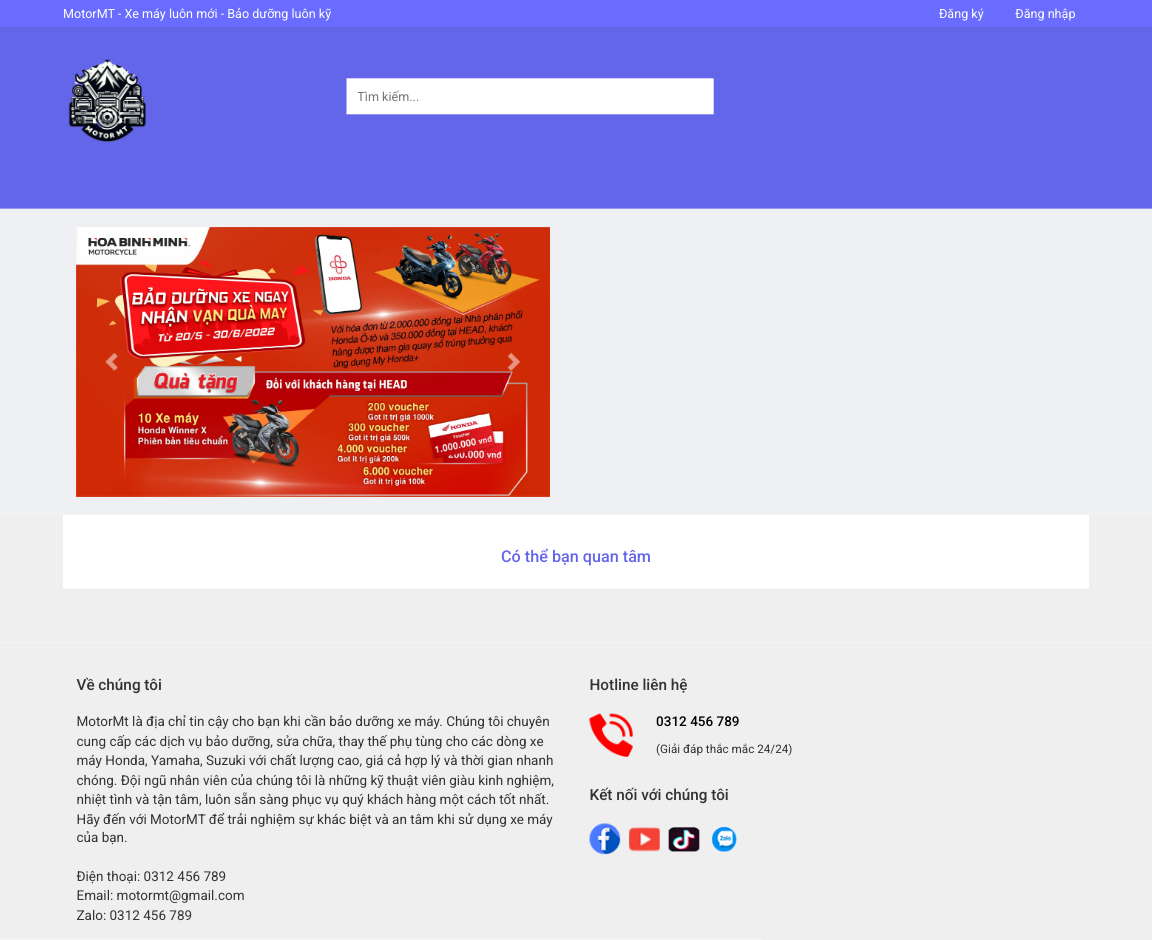
Repository: ThieuDV091002/MotorMaintain
Page: http://localhost/index
These files come from the project's save history. The page is drawn as it stood at one moment and after the next save; the edit follows.
The browser window is 1280 px wide. The pictures show the whole page, at 90% of full size.
Some web fonts or font styles are not loaded; a fallback is used. The page is this project's Thymeleaf template; nobody is signed in. The template is opened directly, without the code that normally fills it, so the values that code supplies are empty.

Above is the page before, as saved 2024-01-29 11:27:43.
Console error: TypeError: Cannot read properties of null (reading 'style')

### MotorMaintainnanceProject/MotorMaintainanceWebParent/MotorMaintainanceFrontEnd/src/main/resources/templates/index.html
<!DOCTYPE html>
<html xmlns:th="www.thymeleaf.org"
	  xmlns:sec="https://www.thymeleaf.org/thymeleaf-extras-springsecurity5">
<head>
	<meta charset="UTF-8">
	<meta name="viewport" content="width=device-width, initial-scale=1.0">
	<title>Trang chủ - EduBook</title>
	<script th:src="@{js/jquery-3.3.1.js}"></script>
	<script th:src="@{js/bootstrap.min.js}"></script>
	<script
			th:src="@{https://ajax.googleapis.com/ajax/libs/jquery/3.5.1/jquery.min.js}"></script>
	<link th:href="@{/rating-star/css/star-rating.css}" media="all"
		  rel="stylesheet" type="text/css" />
	<script th:src="@{/rating-star/js/star-rating.js}"
			type="text/javascript"></script>
	<link th:href="@{/rating-star/themes/krajee-svg/theme.css}" media="all"
		  rel="stylesheet" type="text/css" />
	<script th:src="@{/rating-star/themes/krajee-svg/theme.js}"></script>
	<link rel="stylesheet" th:href="@{css/bootstrap.min.css}">
	<link rel="stylesheet"
		  th:href="@{https://maxcdn.bootstrapcdn.com/bootstrap/3.4.1/css/bootstrap.min.css}">

	<link
			th:href="@{https://fonts.googleapis.com/css2?family=Roboto:ital,wght@0,300;0,400;0,500;0,700;1,300;1,400;1,500&display=swap}"
			rel="stylesheet">
	<link rel="stylesheet" th:href="@{css/all.min.css}">
	<link rel="stylesheet" th:href="@{/fontawesome/all.min.css}">
	<link
			th:href="@{https://fonts.googleapis.com/css2?family=Paytone+One&display=swap}"
			rel="stylesheet">
	<link rel="stylesheet" th:href="@{css/style.css}">
	<link rel="stylesheet" th:href="@{css/home.css}">
</head>
<body>
<div class="app">
	<header id="header">
		<div class="header__top">
			<div class="container">
				<section class="row flex">
					<div class="col-lg-5 col-md-0 col-sm-0 heade__top-left">
						<span>MotorMT - Xe máy luôn mới - Bảo dưỡng luôn kỹ</span>
					</div>

					<nav class="col-lg-7 col-md-0 col-sm-0 header__top-right">
						<ul class="header__top-list" sec:authorize="!isAuthenticated()">
							<li class="header__top-item"><a th:href="@{/register}"
															class="header__top-link">Đăng ký</a></li>
							<li class="header__top-item"><a th:href="@{/login}"
															class="header__top-link">Đăng nhập</a></li>
						</ul>
						<ul class="header__top-list" sec:authorize="isAuthenticated()">
							<li class="header__top-item"><a th:href="@{/customer-update}"
															class="header__top-link" sec:authentication="principal.hoten"></a></li>
						</ul>
					</nav>
				</section>
			</div>
		</div>


		<div class="header__bottom">
			<div class="container">
				<section class="row">
					<div class="col-lg-3 col-md-4 col-sm-12 header__logo">
						<h1 class="header__heading">
							<a href="#" class="header__logo-link"> <img style="height: 100px;"
									th:src="@{image/logo.png}" alt="Logo" class="header__logo-img">
							</a>
						</h1>
					</div>

					<div class="col-lg-6 col-md-7 col-sm-0 header__search text-center"
						 style="display: flex; justify-content: center; align-items: center;">
						<form class="col-lg-12 col-md-7 col-sm-0 header__search"
							  th:action="@{/search}" method="get" id="myForm">
							<input type="search" name="keyword" class="header__search-input"
								   th:value="${keyword}" placeholder="Tìm kiếm...">
						</form>
					</div>
				</section>
			</div>
		</div>

		<div class="header__nav">
			<div class="container">
				<section class="row">
					<th:block sec:authorize="isAuthenticated()">
						<div class="header__nav col-lg-9 col-md-0 col-sm-0">
							<ul class="header__nav-list">
	                            <li class="header__nav-item"><a th:href="@{/customer-update}"
	                                                            class="header__nav-link">Thông tin tài khoản</a></li>
	                            <li class="header__nav-item"><a th:href="@{/order}"
	                                                            class="header__nav-link"></a>Lịch đặt</li>
	                            <li class="header__nav-item"><a th:href="@{/address_book}"
	                                                            class="header__nav-link">Đặt lịch bảo dưỡng</a></li>
	                            <li class="header__nav-item"><a id="logoutLink" href=""
	                                                            class="header__nav-link">Đăng xuất</a></li>
	                        </ul>
						</div>
					</th:block>
				</section>
			</div>
		</div>
	</header>

	<section class="menu-slide text-center">
		<div class="container">
			<th:block sec:authorize="isAuthenticated()">
				<form th:action="@{/logout}" method="post" th:hidden="true"
					  name="LogoutForm">
					<input type="submit">
				</form>
			</th:block>
			<div class="row">
				<div class="slider col-lg-12 col-md-12 col-sm-0">
					<div class="row">
						<div class="slide__left col-lg-12 col-md-0 col-sm-0">
							<div id="carouselExampleIndicators" class="carousel slide"
								 data-ride="carousel" data-interval="3000">
								<div class="carousel-inner">
									<div class="carousel-item active">
										<img th:src="@{image/58db1c6ec60f06515f1e-scaled.jpg}"
											style="height: 300px"
											 class="d-block w-100" alt="...">
									</div>
								</div>
								<a class="carousel-control-prev"
								   href="#carouselExampleIndicators" role="button"
								   data-slide="prev"> <span
										class="carousel-control-prev-icon" aria-hidden="true"></span>
									<span class="sr-only">Previous</span>
								</a> <a class="carousel-control-next"
										href="#carouselExampleIndicators" role="button"
										data-slide="next"> <span
									class="carousel-control-next-icon" aria-hidden="true"></span>
								<span class="sr-only">Next</span>
							</a>
							</div>
						</div>
					</div>
				</div>
			</div>
		</div>
	</section>

	<section class="product__love">
		<div class="container">
			<div class="row bg-white">
				<div class="col-lg-12 col-md-12 col-sm-12 product__love-title">
					<h2 class="product__love-heading" style="text-align: center;">
						Có thể bạn quan tâm</h2>
				</div>
			</div>
			<div class="row bg-white">
				<div class="product__panel-item col-lg-2 col-md-3 col-sm-6"
					 th:each="book : ${listBooks}" th:object="${book}">
					<div class="product__panel-img-wrap">
						<img th:if="${book.hinhanh == null}"
							 th:src="@{/image/id467907-125.png}"
							 style="width: 90%; height: 90%" class="product__panel-img">
						<img th:if="${book.hinhanh != null}"
							 th:src="@{${book.bookPhotoPath}}" class="product__panel-img">
					</div>
					<h3 class="product__panel-heading">
						<a th:href="@{'/book-detail-' + ${book.IDsach}}"
						   class="product__panel-link">[[${book.tensach}]]</a>
					</h3>

					<div class="product__panel-rate-wrap">
						<input type="text" class="book-detail-rating-star" dir="ltr"
							   data-size="sm" th:value="${book.averageRating}">
					</div>

					<div class="product__panel-price">
							<span class="product__panel-price-current">
								[[${book.dongia}]] đ </span>
					</div>
				</div>
			</div>
		</div>
	</section>

	<footer>
		<section class="footer__top">
			<div class="container">
				<div class="row">
					<article class="footer__top-intro col-lg-6 col-md-4 col-sm-6">
						<h4 class="footer__top-intro-heading">Về chúng tôi</h4>
						<div class="footer__top-intro-content">
							MotorMt là địa chỉ tin cậy cho bạn khi cần bảo dưỡng xe máy. Chúng tôi
							chuyên cung cấp các dịch vụ bảo dưỡng, sửa chữa, thay thế phụ tùng cho các
							dòng xe máy Honda, Yamaha, Suzuki với chất lượng cao, giá cả hợp lý và thời
							gian nhanh chóng. Đội ngũ nhân viên của chúng tôi là những kỹ thuật viên giàu
							kinh nghiệm, nhiệt tình và tận tâm, luôn sẵn sàng phục vụ quý khách hàng một
							cách tốt nhất. Hãy đến với MotorMT để trải nghiệm sự khác biệt và an tâm khi sử dụng xe máy của bạn.
 							<br> <br> Điện	thoại: 0312 456 789 <br> Email: motormt@gmail.com <br>
							Zalo: 0312 456 789 <br>
						</div>
					</article>

					<article
							class="footer__top-contact-wrap col-lg-6 col-md-4 col-sm-6">
						<h4 class="footer__top-contact-heading">Hotline liên hệ</h4>

						<div class="footer__top-contact">
							<div class="footer__top-contact-icon">
								<img th:src="@{image/phone_top.png}"
									 class="footer__top-contact-img">
							</div>

							<div class="footer__top-contact-phone-wrap">
								<div class="footer__top-contact-phone">0312 456 789</div>
								<div class="footer__top-contact-des">(Giải đáp thắc mắc
									24/24)</div>
							</div>
						</div>

						<h4 class="footer__top-contact-heading">Kết nối với chúng
							tôi</h4>

						<div class="footer__top-contact-social">
							<a href="#" class="footer__top-contact-social-link"> <img
									th:src="@{image/facebook.png}">
							</a> <a href="#" class="footer__top-contact-social-link"> <img
								th:src="@{image/youtube.png}">
						</a> <a href="#" class="footer__top-contact-social-link"> <img
								th:src="@{image/tiktok.png}">
						</a> <a href="#" class="footer__top-contact-social-link"> <img
								th:src="@{image/zalo.png}">
						</a>
						</div>
					</article>
				</div>
			</div>
		</section>
	</footer>
</div>
<script th:src="@{js/jq.js}"></script>
<script th:src="@{js/index.js}"></script>
<script type="text/javascript">
	$(document).ready(function() {
		$("#logoutLink").on("click", function(e) {
			e.preventDefault();
			$("form[name='LogoutForm']").submit();
		});

		$('#myForm input[type="search"]').keypress(function (event) {
			if (event.which === 13) {
				event.preventDefault();
				$('#myForm').submit();
			}
		});
	});
</script>
<script type="text/javascript">
	$(".book-detail-rating-star").rating({
		displayOnly: true,
		hoverOnClera: false,
		showCaption: false,
		theme: 'krajee-svg'
	})
</script>
</body>
</html>

### MotorMaintainnanceProject/MotorMaintainanceWebParent/MotorMaintainanceFrontEnd/src/main/resources/static/rating-star/css/star-rating.css
/*!
 * bootstrap-star-rating v4.1.3
 * http://plugins.krajee.com/star-rating
 *
 * Author: Kartik Visweswaran
 * Copyright: 2013 - 2021, Kartik Visweswaran, Krajee.com
 *
 * Licensed under the BSD 3-Clause
 * https://github.com/kartik-v/bootstrap-star-rating/blob/master/LICENSE.md
 */
.rating-loading {
    width: 25px;
    height: 25px;
    font-size: 0;
    color: #fff;
    background: transparent url('../img/loading.gif') top left no-repeat;
    border: none;
}

/*
 * Stars & Input
 */
.rating-container .rating-stars {
    position: relative;
    cursor: pointer;
    vertical-align: middle;
    display: inline-block;
    overflow: hidden;
    white-space: nowrap;
}

.rating-container .rating-stars:focus {
    outline: 1px dotted;
}

.rating-input {
    position: absolute;
    cursor: pointer;
    width: 100%;
    height: 1px;
    bottom: 0;
    left: 0;
    font-size: 1px;
    opacity: 0;
    padding: 0;
    margin: 0;
    outline: none;
    pointer-events: none;
    border: none;
    box-shadow: none;
    background: none;
}

.rating-container.is-display-only .rating-stars {
    cursor: default;
}

.rating-disabled .rating-stars {
    cursor: not-allowed;
}

.rating-container .star {
    display: inline-block;
    margin: 0 2px;
    text-align: center;
}

.rating-container .empty-stars {
    color: #aaa;
}

.rating-container .filled-stars {
    position: absolute;
    left: 0;
    top: 0;
    margin: auto;
    color: #fde16d;
    white-space: nowrap;
    overflow: hidden;
    -webkit-text-stroke: 1px #777;
    text-shadow: 1px 1px #999;
}

.rating-rtl {
    float: right;
}

.rating-animate .filled-stars {
    transition: width 0.25s ease;
}

.rating-rtl .filled-stars {
    left: auto;
    right: 0;
    transition: none;
    -webkit-transform: matrix(-1, 0, 0, 1, 0, 0);
    transform: matrix(-1, 0, 0, 1, 0, 0);
}

.rating-rtl.is-star .filled-stars {
    right: 0.06em;
}

.rating-rtl.is-heart .empty-stars {
    margin-right: 0.07em;
}

/**
 * Clear
 */
.rating-container .clear-rating {
    color: #aaa;
    cursor: not-allowed;
    display: inline-block;
    vertical-align: middle;
    font-size: 60%;
}

.clear-rating-active {
    cursor: pointer !important;
}

.clear-rating-active:hover {
    color: #843534;
}

.rating-container .clear-rating {
    padding-right: 5px;
}

/**
 * Caption
 */

/* extend support to BS4 */
.rating-container .caption .label {
    display: inline-block;
    padding: .25em .4em;
    line-height: 1;
    text-align: center;
    vertical-align: baseline;
    border-radius: .25rem;
}

.rating-container .caption {
    color: #999;
    display: inline-block;
    vertical-align: middle;
    line-height: 1;
}

.rating-container .caption {
    margin-left: 5px;
    margin-right: 0;
}

.rating-rtl .caption {
    margin-right: 5px;
    margin-left: 0;
}

/**
 * Print
 */
@media print {
    .rating-container .clear-rating {
        display: none;
    }
}

/**
 * Sizes
 */
.rating-xl {
    font-size: 48px;
}
.rating-lg {
    font-size: 40px;
}
.rating-md {
    font-size: 32px;
}
.rating-sm {
    font-size: 24px;
}
.rating-xs {
    font-size: 16px;
}

.rating-xl .caption {
    font-size: 20px;
}

.rating-lg .caption {
    font-size: 18px;
}

.rating-md .caption {
    font-size: 16px;
}

.rating-sm .caption {
    font-size: 14px;
}

.rating-xs .caption {
    font-size: 12px;
}

/**
 * Caption
 */
.caption-badge {
    font-family: Arial, Helvetica, sans-serif;
    display: inline-block;
    padding: .35em .65em;
    font-size: .75em;
    font-weight: 700;
    line-height: 1;
    color: #fff;
    text-align: center;
    white-space: nowrap;
    vertical-align: baseline;
    border-radius: .25rem;
}

.caption-secondary {
    background-color: #6c757d;
}

.caption-danger {
    background-color: #dc3545;
}

.caption-warning {
    background-color: #ffc107;
    color: #212529;
}

.caption-info {
    background-color: #0dcaf0;
    color: #212529;
}

.caption-primary {
    background-color: #0d6efd;
}

.caption-success {
    background-color: #198754;
}

### MotorMaintainnanceProject/MotorMaintainanceWebParent/MotorMaintainanceFrontEnd/src/main/resources/static/rating-star/themes/krajee-svg/theme.css
/*!
 * Krajee SVG Theme styling for bootstrap-star-rating.
 * This file must be loaded after 'star-rating.css'.
 *
 * bootstrap-star-rating v4.1.3
 * http://plugins.krajee.com/star-rating
 *
 * Author: Kartik Visweswaran
 * Copyright: 2013 - 2021, Kartik Visweswaran, Krajee.com
 *
 * Licensed under the BSD 3-Clause
 * https://github.com/kartik-v/bootstrap-star-rating/blob/master/LICENSE.md
 */
.theme-krajee-svg .krajee-icon,
.theme-krajee-svg .krajee-icon-clear {
    display: inline-block;
    width: 2rem;
    height: 2rem;
    -webkit-background-size: cover;
    -moz-background-size: cover;
    -o-background-size: cover;
    background-size: cover;
}

.theme-krajee-svg .clear-rating,
.theme-krajee-svg .rating-stars {
    font-size: 5px;
}

.theme-krajee-svg .krajee-icon-clear {
    background-image: url('data:[embedded picture, 747 characters]');
}

.theme-krajee-svg .filled-stars .krajee-icon-star {
    background-image: url('data:[embedded picture, 447 characters]');
}

.theme-krajee-svg.rating-xl .krajee-icon,
.theme-krajee-svg.rating-xl .krajee-icon-clear {
    width: 3rem;
    height: 3rem;
}

.theme-krajee-svg.rating-lg .krajee-icon,
.theme-krajee-svg.rating-lg .krajee-icon-clear {
    width: 2.5rem;
    height: 2.5rem;
}

.theme-krajee-svg.rating-md .krajee-icon,
.theme-krajee-svg.rating-md .krajee-icon-clear {
    width: 2rem;
    height: 2rem;
}

.theme-krajee-svg.rating-sm .krajee-icon,
.theme-krajee-svg.rating-sm .krajee-icon-clear {
    width: 1.5rem;
    height: 1.5rem;
}

.theme-krajee-svg.rating-xs .krajee-icon,
.theme-krajee-svg.rating-xs .krajee-icon-clear {
    width: 1rem;
    height: 1rem;
}

.theme-krajee-svg .krajee-icon-clear:hover {
    background-image: url('data:[embedded picture, 753 characters]');
}

.theme-krajee-svg .empty-stars .krajee-icon-star {
    background-image: url('data:[embedded picture, 447 characters]');
}

.theme-krajee-svg .filled-stars .krajee-icon-heart {
    background-image: url('data:[embedded picture, 621 characters]');
}

.theme-krajee-svg .empty-stars .krajee-icon-heart {
    background-image: url('data:[embedded picture, 621 characters]');
}

.theme-krajee-svg.rating-rtl.is-heart .filled-stars {
    right: 0.02em;
}

.theme-krajee-svg.rating-rtl.is-heart .empty-stars {
    margin-right: 0.01em;
}

Loaded but not shown: MotorMaintainnanceProject/MotorMaintainanceWebParent/MotorMaintainanceFrontEnd/src/main/resources/static/js/jquery-3.3.1.js (library); MotorMaintainnanceProject/MotorMaintainanceWebParent/MotorMaintainanceFrontEnd/src/main/resources/static/js/bootstrap.min.js (library); MotorMaintainnanceProject/MotorMaintainanceWebParent/MotorMaintainanceFrontEnd/src/main/resources/static/css/bootstrap.min.css (library); MotorMaintainnanceProject/MotorMaintainanceWebParent/MotorMaintainanceFrontEnd/src/main/resources/static/css/all.min.css (library); MotorMaintainnanceProject/MotorMaintainanceWebParent/MotorMaintainanceFrontEnd/src/main/resources/static/fontawesome/all.min.css (library); MotorMaintainnanceProject/MotorMaintainanceWebParent/MotorMaintainanceFrontEnd/src/main/resources/static/rating-star/js/star-rating.js (708 lines, source omitted); MotorMaintainnanceProject/MotorMaintainanceWebParent/MotorMaintainanceFrontEnd/src/main/resources/static/js/jq.js (51 lines, source omitted); MotorMaintainnanceProject/MotorMaintainanceWebParent/MotorMaintainanceFrontEnd/src/main/resources/static/rating-star/themes/krajee-svg/theme.js (30 lines, source omitted); MotorMaintainnanceProject/MotorMaintainanceWebParent/MotorMaintainanceFrontEnd/src/main/resources/static/js/index.js (26 lines, source omitted); MotorMaintainnanceProject/MotorMaintainanceWebParent/MotorMaintainanceFrontEnd/src/main/resources/static/css/home.css (832 lines, source omitted); MotorMaintainnanceProject/MotorMaintainanceWebParent/MotorMaintainanceFrontEnd/src/main/resources/static/css/style.css (462 lines, source omitted)

After the next save:
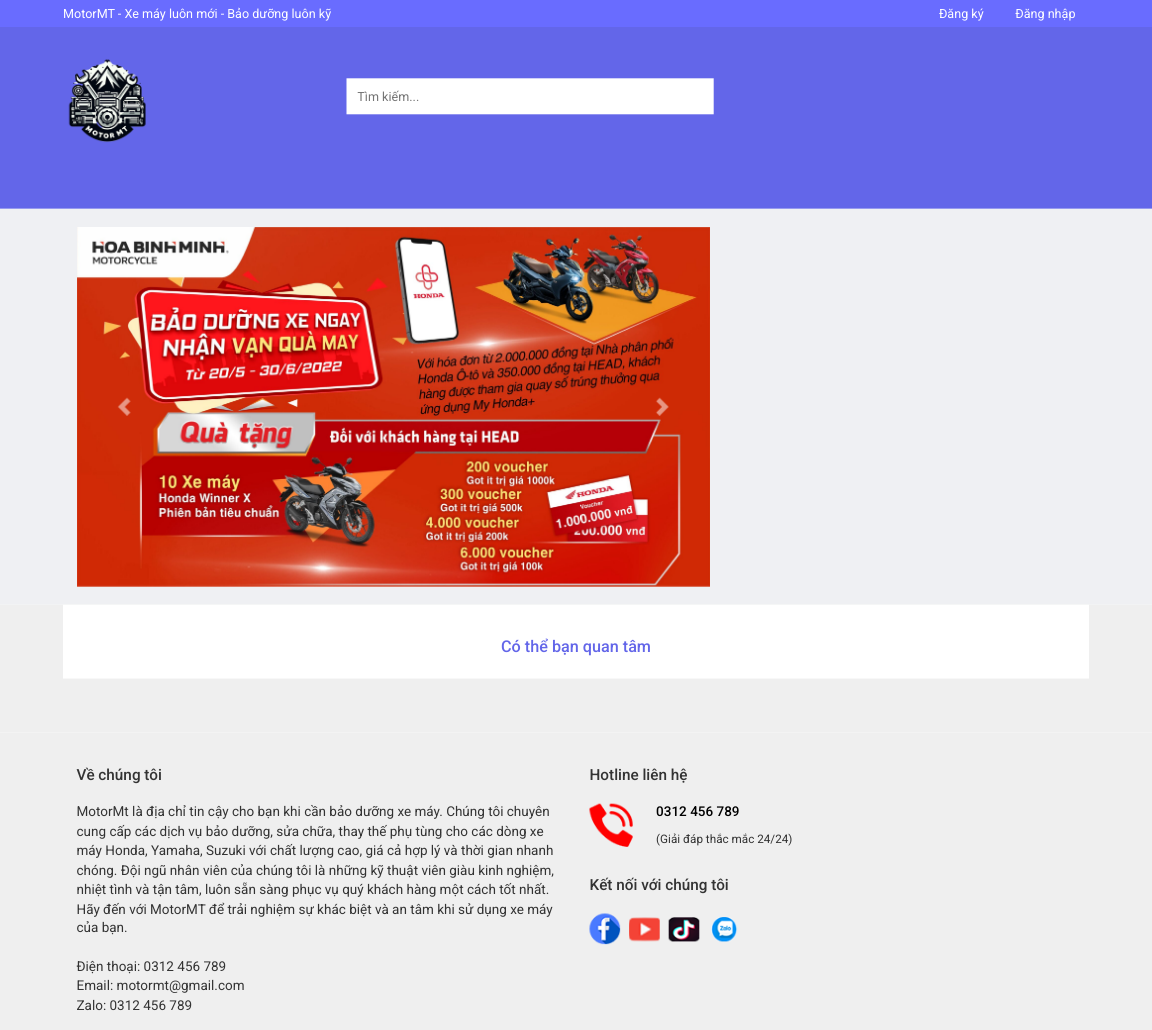
Saved 64 s later.
--- a/MotorMaintainnanceProject/MotorMaintainanceWebParent/MotorMaintainanceFrontEnd/src/main/resources/templates/index.html
+++ b/MotorMaintainnanceProject/MotorMaintainanceWebParent/MotorMaintainanceFrontEnd/src/main/resources/templates/index.html
@@ -120,7 +120,7 @@
 								<div class="carousel-inner">
 									<div class="carousel-item active">
 										<img th:src="@{image/58db1c6ec60f06515f1e-scaled.jpg}"
-											style="height: 300px"
+											style="height: 400px"
 											 class="d-block w-100" alt="...">
 									</div>
 								</div>
